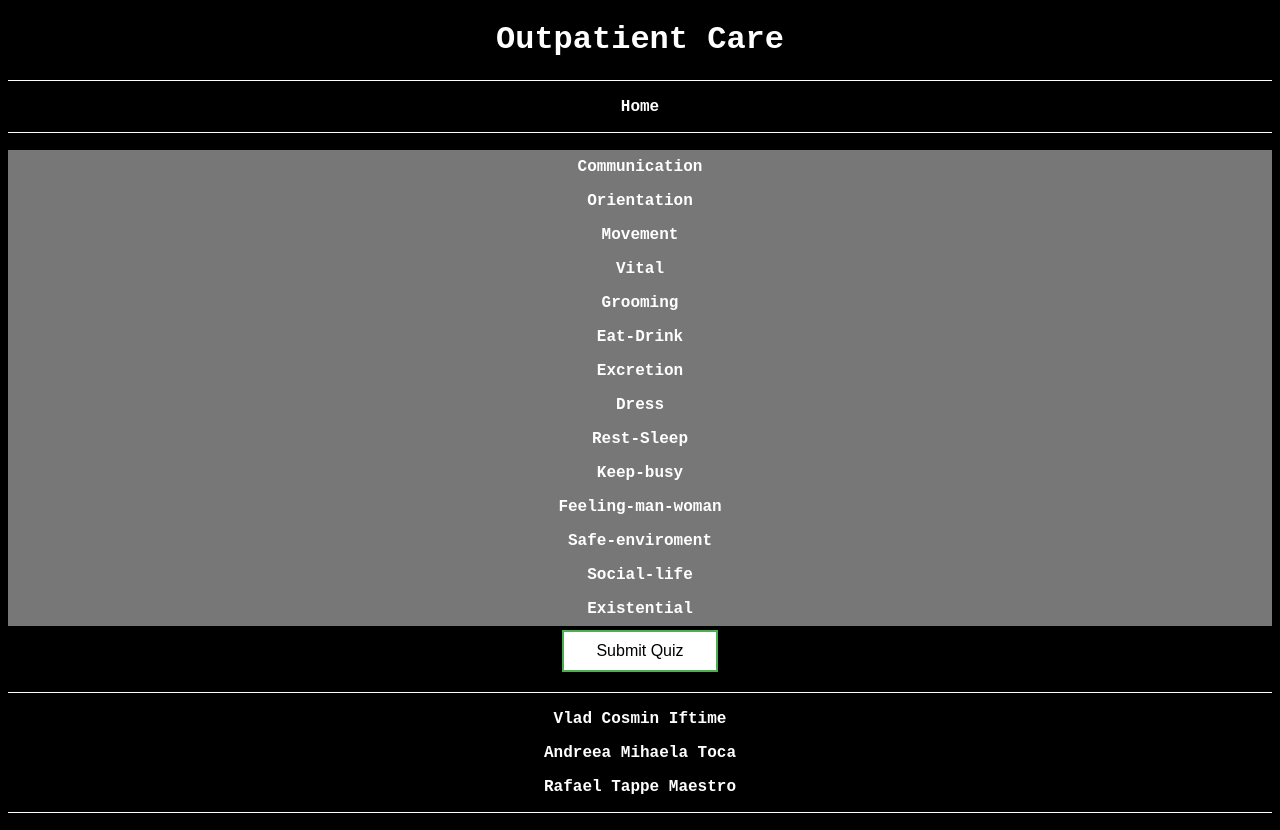
Repository: VladIftime/KnowledgeTechnology2019
Page: src/front/index.html
The author's editor kept a copy of each file at every save. The page is drawn from the files as they stood at one save, then again after the next save.
The browser window is 1280 px wide. The pictures show the whole page.

Above is the page before, as saved 2020-01-11 20:36:17.

### src/front/index.html
<!DOCTYPE html>
<html lang="en">
    <head>
        <meta charset="UTF-8">
        <meta name="description" content="This is a knowledge base and inference system. It classifies a patient's need for outpatient care.">
        <meta name="keywords" content="Outpatient, Care, knowledge, base, technology, inference">
        <meta name="viewport" content=" classth=device- classth, initial-scale=1.0">
        <title>Outpatient Care</title>

        <link rel="stylesheet" href="style.css">
        <link rel="icon" type="image/png" href="favicon.png">
    </head>

    <body>
        <header>
            <h1>
                <span class=brokenLine>Outpatient<br>Care</span>
                <span class=oneLine>Outpatient Care</span>
            </h1>
        </header>
        <nav>
            <hr>
            <p class='font'><a href="http://localhost:8000/">Home</a></p>
            <hr>
        </nav>
        <article>
            <section id=HealthAreas></section>
        </article>
            <div id = warning style="display: none;">Please answers all the questions first</div>
            <button id= submit class='button-submit button1-submit'>Submit Quiz</button>
            <div id = Result></div>
        <footer>
            <hr>
            <p><a href="https://github.com/VladIftime/">Vlad Cosmin Iftime</a></p>
            <p><a href="https://github.com/AndreeaToca/">Andreea Mihaela Toca</a></p>
            <p><a href="https://github.com/Wehzie/">Rafael Tappe Maestro</a></p>
            <hr>
        </footer>
        <script src="questions.js"></script>
        <script src="inference.js"></script>
        <script src="collapsible.js"></script>
    </body>
</html>

### src/front/style.css
html {
    font-family: "Courier New", Courier, monospace;
    color: white;
    background-color:  black;
}

.brokenLine {font-size: 100%;}
.oneLine {display: none;}

@media screen and (min-width: 5cm) {
    .brokenLine {display: none;}
    .oneLine {font-size: 100%; display: block}
}

body {
    font-size: 100%;
    text-align: center;
}

nav {
    font-weight: bold;
}

footer {
    font-weight: bold;
}

a:visited {
    color: white;
    background-color: transparent;
    text-decoration: none;
}

a:link {
    color: white;
    background-color: transparent;
    text-decoration: none;
}

a:hover {
    color: rgb(139, 208, 251);
    background-color: transparent;
    text-decoration: none;
}

a:active {
    color: white;
    background-color: transparent;
    text-decoration: none;
}

hr {
    display: block;
    height: 1px;
    border: 0;
    border-top: 1px solid white;
    margin: 1em 0;
    padding: 0;
}

.collapse {
    font-family: "Courier New", Courier, monospace;
    font-size: 100%;
    font-weight: bold;

    background-color: #777;
    color: white;
    cursor: pointer;
    padding: 0.5em;
    width: 100%;
    border: none;
    text-align: center;
    outline: none;
}

.collapse-active, .collapse:hover {
    background-color: #555;
}

.collapse-content {
    padding: 0 18px;
    display: none;
    overflow: hidden;
    background-color: darkcyan;
}

.q-grid {
    display: grid;
    grid-template-columns: 25vw auto;
}

.q-grid > p {
    text-align: left;
    grid-column: 2;
}

.ans-grid {
    display: grid;
    grid-template-columns: 40vw auto;
}

.ans-box {
    display: block;
    text-align: left;
    grid-column: 2;
}

.font {
    font-size: 100%;
}

.button-submit{
    background-color: #4CAF50; /* Green */
    border: none;
    color: white;
    padding: 10px 32px;
    text-align: center;
    text-decoration: none;
    display: inline-block;
    font-size: 16px;
    margin: 4px 2px;
    -webkit-transition-duration: 0.4s; /* Safari */
    transition-duration: 0.4s;
    cursor: pointer;
  }

  .button1-submit {
    background-color: white;
    color: black;
    border: 2px solid #4CAF50;
  }

  .button1-submit:hover {
    background-color: #4CAF50;
    color: white;
  }

### src/front/questions.js
// Question class and objects
let areas = ['Communication','Orientation','Movement','Vital','Grooming',
             'Eat-Drink','Excretion','Dress','Rest-Sleep','Keep-busy',
             'Feeling-man-woman','Safe-enviroment','Social-life','Existential'];


function createSections() {
    let sec = document.getElementById('HealthAreas');
    for (let index = 0; index < areas.length; index++) {
        const element = areas[index];
        let title = element;
        //title[0].toUpperCase();
        sec.innerHTML+='<section id ='+ element + '> <button type="button" class="collapse">'+title+'</button> <div class="collapse-content"> </div> </section>'
    }
}

createSections();

class Question {
    constructor(question, hint, choices, points, classOfQuestion, name) {
        this.question = question;
        this.hint = hint;
        this.choices = choices;
        this.classOfQuestion = classOfQuestion;
        this.name = name;
    }

    showQuestion() {
        let sec = document.getElementById(this.classOfQuestion).getElementsByClassName('collapse-content')[0];
        sec.innerHTML+= '<div class='+this.classOfQuestion+' id='+this.name+'><div class = q-grid><p class=font>' + this.question + '</p></div></div>';
    }

    showChoices() {
        return null;
    }

    display() {
        this.showQuestion();
        this.showChoices();
    }
}

class MultipleChoice extends Question{
    constructor(question, hint, choices, classOfQuestion, name) {
        super(question, hint, choices, '', classOfQuestion, name);
    }

    showChoices() {
        let htmlString = '<div class = ans-grid> <div class = ans-box>';
        for (let index = 0; index < this.choices.length; index++) {
            htmlString += ('<input type=\'radio\' name=' + this.name + ' value= \''  + index + '\'>' + '<label class=font>' + this.choices[index] + '</label><br>');
        }
        document.getElementById(this.name).innerHTML += htmlString + '</div> </div>';
    }
}

class MultipleChoiceImpair extends MultipleChoice{
    constructor(question, hint, classOfQuestion, name) {
        super(question, hint, ['Unimpaired', 'Partially impaired', 'Impaired'], classOfQuestion, name);
    }
}

class TickBox extends Question{
    constructor(question, hint, choices, classOfQuestion, name) {
        super(question, hint, choices, '', classOfQuestion, name);
    }

    showChoices() {
        let htmlString = '<div class = ans-grid> <div class = ans-box>';
        for (let index = 0; index < this.choices.length; index++) {
            htmlString += ('<input type=\'checkbox\' name=\'option\' value= \'1\'>' + this.choices[index] + '<br>');
        }
        document.getElementById(this.name).innerHTML += htmlString + '</div> </div>';
    }
}
//Communication
const question1 = new MultipleChoiceImpair('Hearing:','','Communication','question1');
const question2 = new MultipleChoiceImpair('Sight','','Communication','question2');
const question3 = new MultipleChoiceImpair('Speech:','','Communication','question3');
const question4 = new MultipleChoiceImpair('Ability to express feelings and desires:','','Communication','question4');
//Orientation
const question5 = new MultipleChoiceImpair('Temporal orientation:','','Orientation','question5');
const question6 = new MultipleChoiceImpair('Local orientation:','','Orientation','question6');
const question7 = new MultipleChoiceImpair('Personal orientation:','','Orientation','question7');
const question8 = new MultipleChoiceImpair('Situational orientation:','','Orientation','question8');
//Movement
const question9 = new MultipleChoiceImpair('Ability to walk alone:','','Movement','question9');
const question10 = new MultipleChoiceImpair('Ability to stand alone:','','Movement','question10');
const question11 = new MultipleChoiceImpair('Ability to sit alone:','','Movement','question11');
const question12 = new MultipleChoiceImpair('Ability to lay down alone:','','Movement','question12');
const question13 = new MultipleChoiceImpair('Ability to visit infrastracture:','','Movement','question13');
//Vital functions


question1.display();
question2.display();
question3.display();
question4.display();
question5.display();
question6.display();
question7.display();
question8.display();
question9.display();
question10.display();
question11.display();
question12.display();
question13.display();

Loaded but not shown: src/front/collapsible.js (no copy from this time; the picture is the same without it); src/front/inference.js (no copy from this time; the picture is the same without it)

After the next save:
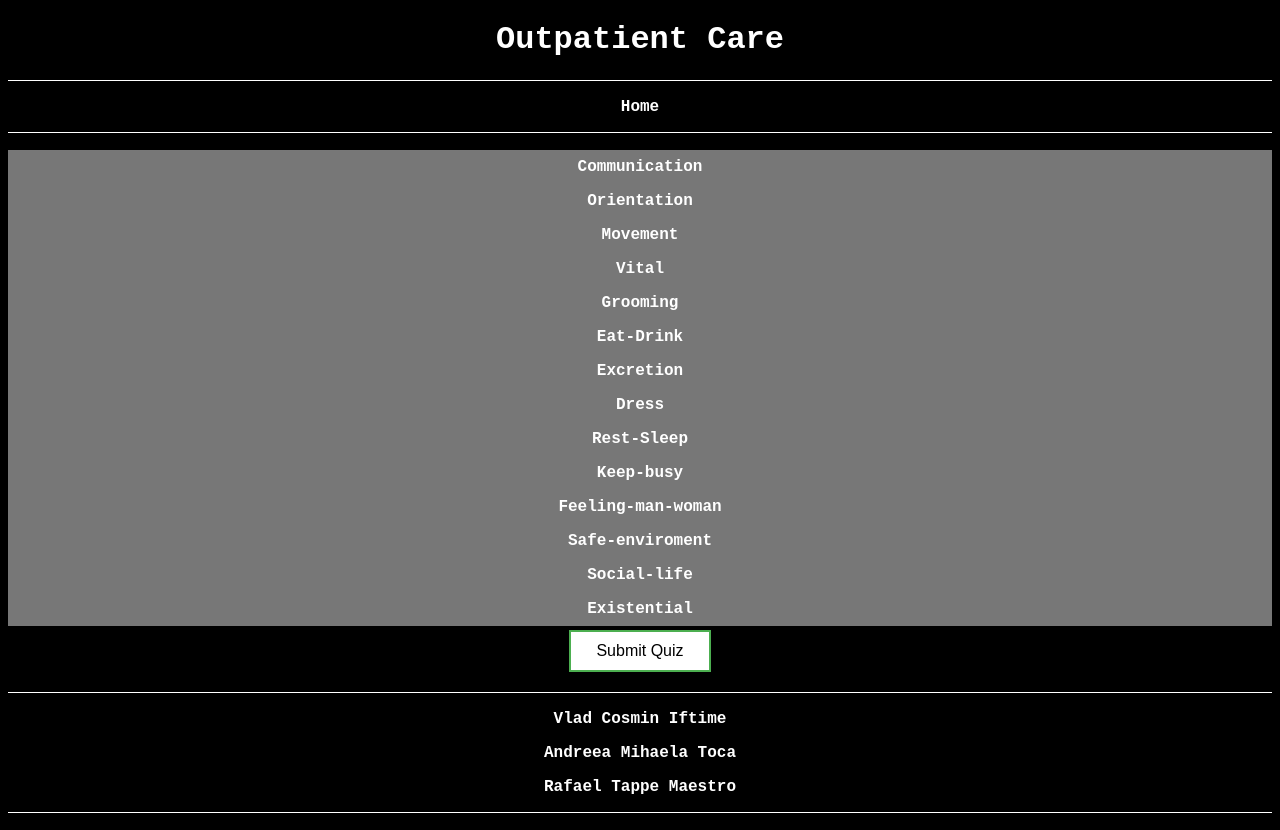
Saved 4 s later.
--- a/src/front/style.css
+++ b/src/front/style.css
@@ -113,7 +113,7 @@ hr {
     background-color: #4CAF50; /* Green */
     border: none;
     color: white;
-    padding: 10px 32px;
+    padding: 10px 25px;
     text-align: center;
     text-decoration: none;
     display: inline-block;
